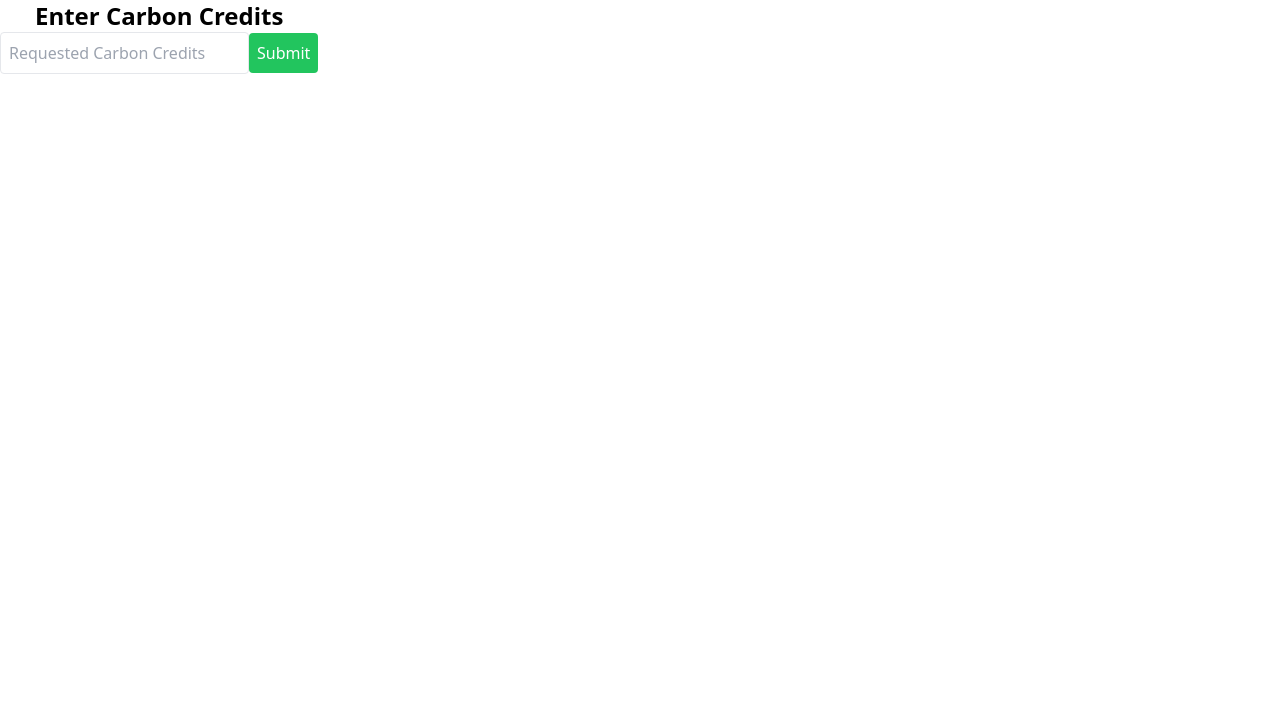
Repository: kayacancode/tolgrainger
Page: /input
The author's editor kept a copy of each file at every save. The page is drawn from the files as they stood at one save, then again after the next save.
The browser window is 1280 px wide. The pictures show the whole page.
The project was rebuilt for these pictures with package versions that can differ from the ones it lists, and the page was loaded fresh each time. The framework's server and built-in components were replaced by stand-ins that run in the browser. Also part of the build but not shown: next.config.mjs.

Above is the page before, as saved 2024-10-23 22:08:04.

### src/app/input/page.tsx
"use client";


import { useState } from "react";
import { useRouter } from "next/navigation";
import Sidebar from "@/components/Sidebar";

export default function CarbonInputPage() {
  const [credits, setCredits] = useState<number | "">("");
  const router = useRouter();

  const handleSubmit = (e: React.FormEvent) => {
    e.preventDefault();
    router.push("/result");
  };

  return (
    <form onSubmit={handleSubmit} className="space-y-4 text-center">
      <div className="flex">
        {/* <Sidebar /> */}
        <div className="block text-center items-center">
      <h2 className="text-2xl font-bold">Enter Carbon Credits</h2>
      <input
        type="number"
        placeholder="Requested Carbon Credits"
        value={credits}
        onChange={(e) => setCredits(e.target.value)}
        className=" p-2 border rounded"
      />
        <button type="submit" className="bg-green-500 text-white p-2 rounded">
        Submit
      </button>
      </div>
      </div>

    </form>
  );
}

### tailwind.config.js
/** @type {import('tailwindcss').Config} */
module.exports = {
  content: [
    "./src/**/*.{js,jsx,ts,tsx}", // Include all your React components
    "./public/index.html",
  ],
  theme: {
    extend: {},
  },
  plugins: [],
};

### src/components/SideBar.tsx
// components/Sidebar.tsx
"use client";

import React, { useState } from 'react';
import { useRouter } from 'next/navigation';

const Sidebar = () => {
  const router = useRouter();
  const [active, setActive] = useState<string>("");

  const handleNavigation = (path: string) => {
    setActive(path);
    router.push(path);
  };

  const links = [
    { name: "Home", path: "/" },
    { name: "Input", path: "/input" },
    { name: "Results", path: "/result" },
  ];

  return (
    <div className="w-64 h-screen bg-[#72A603] text-black flex flex-col">
      <h2 className="text-center text-2xl font-bold py-4">Tree of Life</h2>
      <nav className="flex-1">
        <ul>
          {links.map((link) => (
            <li key={link.path} className="py-2 px-4">
              <button
                className={`w-full text-left p-2 rounded hover:bg-gray-700 ${
                  active === link.path ? "bg-gray-700" : ""
                }`}
                onClick={() => handleNavigation(link.path)}
              >
                {link.name}
              </button>
            </li>
          ))}
        </ul>
      </nav>
    </div>
  );
};

export default Sidebar;

Loaded but not shown: src/app/layout.tsx (common file); src/app/globals.css (common file)

After the next save:
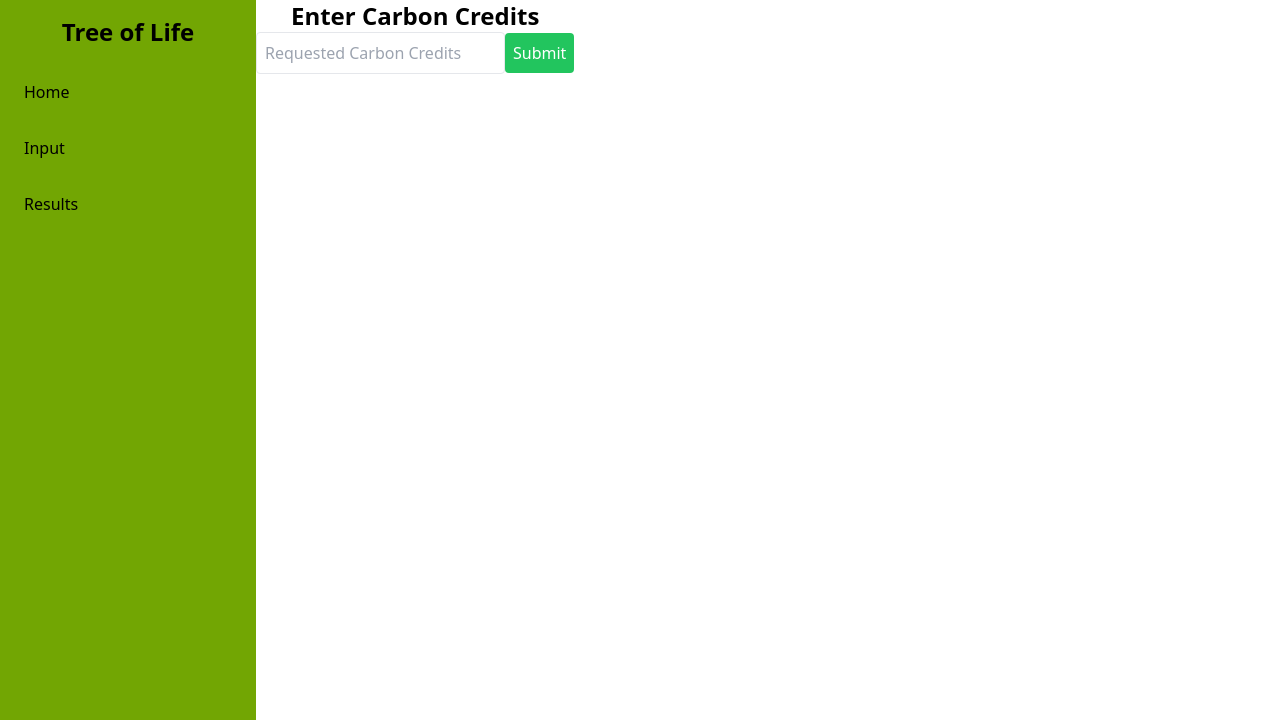
Saved 12 s later.
--- a/src/app/input/page.tsx
+++ b/src/app/input/page.tsx
@@ -17,7 +17,7 @@ export default function CarbonInputPage() {
   return (
     <form onSubmit={handleSubmit} className="space-y-4 text-center">
       <div className="flex">
-        {/* <Sidebar /> */}
+        <Sidebar />
         <div className="block text-center items-center">
       <h2 className="text-2xl font-bold">Enter Carbon Credits</h2>
       <input
